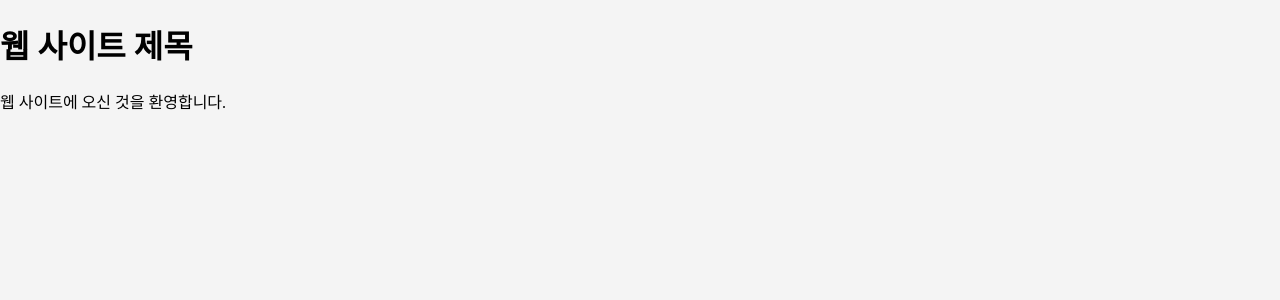
Repository: im2ho/Spring-workspace
Page: springStart-1/src/main/resources/static/Header.html
An editor plug-in stored every save of this project. The page is shown before and after the next save, followed by the edit.
The browser window is 1280 px wide. The pictures show the whole page.

Above is the page before, as saved 2023-11-21 05:27:55.

After the next save:
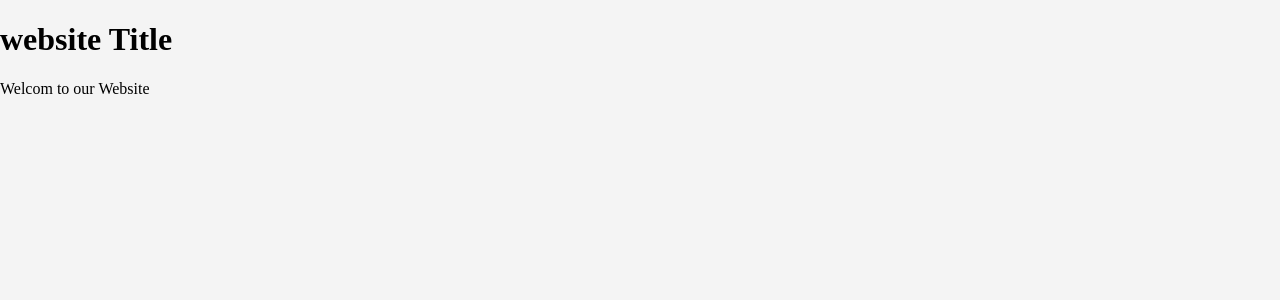
Saved 85 s later.
--- a/springStart-1/src/main/resources/static/Header.html
+++ b/springStart-1/src/main/resources/static/Header.html
@@ -12,7 +12,7 @@
 				background-color: #f4f4f4;
 			}
 		</style>
-		<h1>웹 사이트 제목</h1>
-		<p>웹 사이트에 오신 것을 환영합니다.</p>
+		<h1>website Title</h1>
+		<p>Welcom to our Website</p>
 	</body>
 </html>
